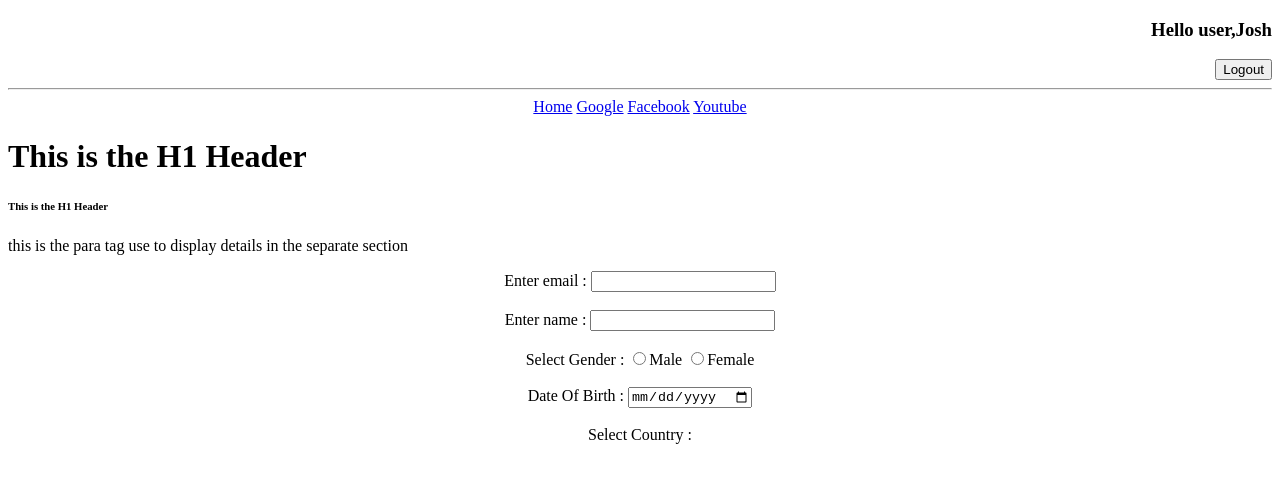
Repository: devandevare/Java
Page: Adv Java/Projects/first-web-app/src/main/webapp/demo.html
The author's editor kept a copy of each file at every save. The page is drawn from the files as they stood at one save, then again after the next save.
The browser window is 1280 px wide. The pictures show the whole page.

Above is the page before, as saved 2022-09-25 05:54:50.

After the next save:
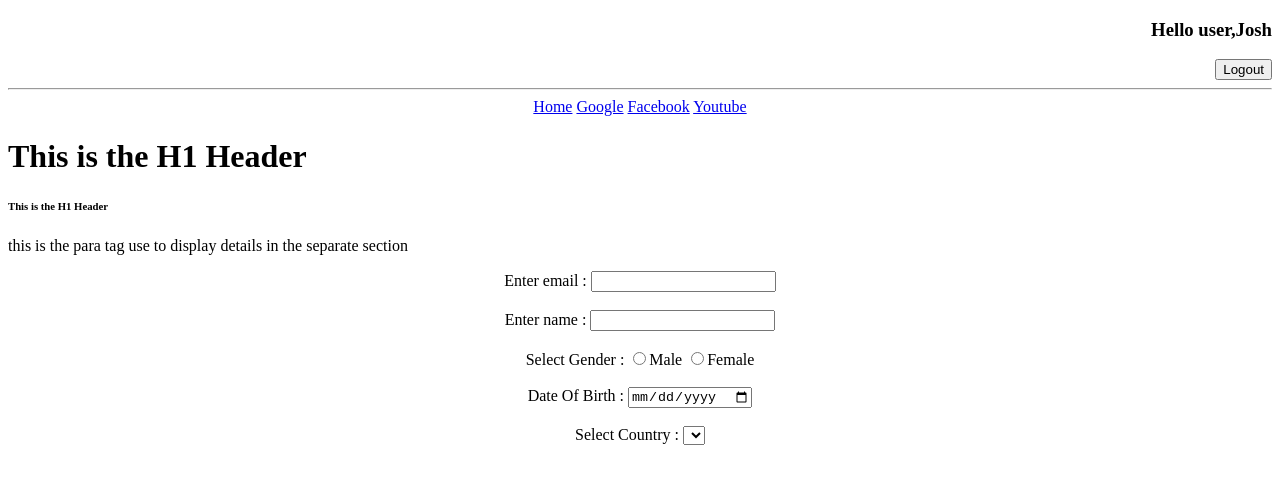
Saved 25 s later.
--- a/Adv Java/Projects/first-web-app/src/main/webapp/demo.html
+++ b/Adv Java/Projects/first-web-app/src/main/webapp/demo.html
@@ -45,6 +45,9 @@
 		<br/>
 		<br/>
 			<label>Select Country :</label>
+			<select name="country">
+
+			</select>
 		</form>
 		</div>
 
